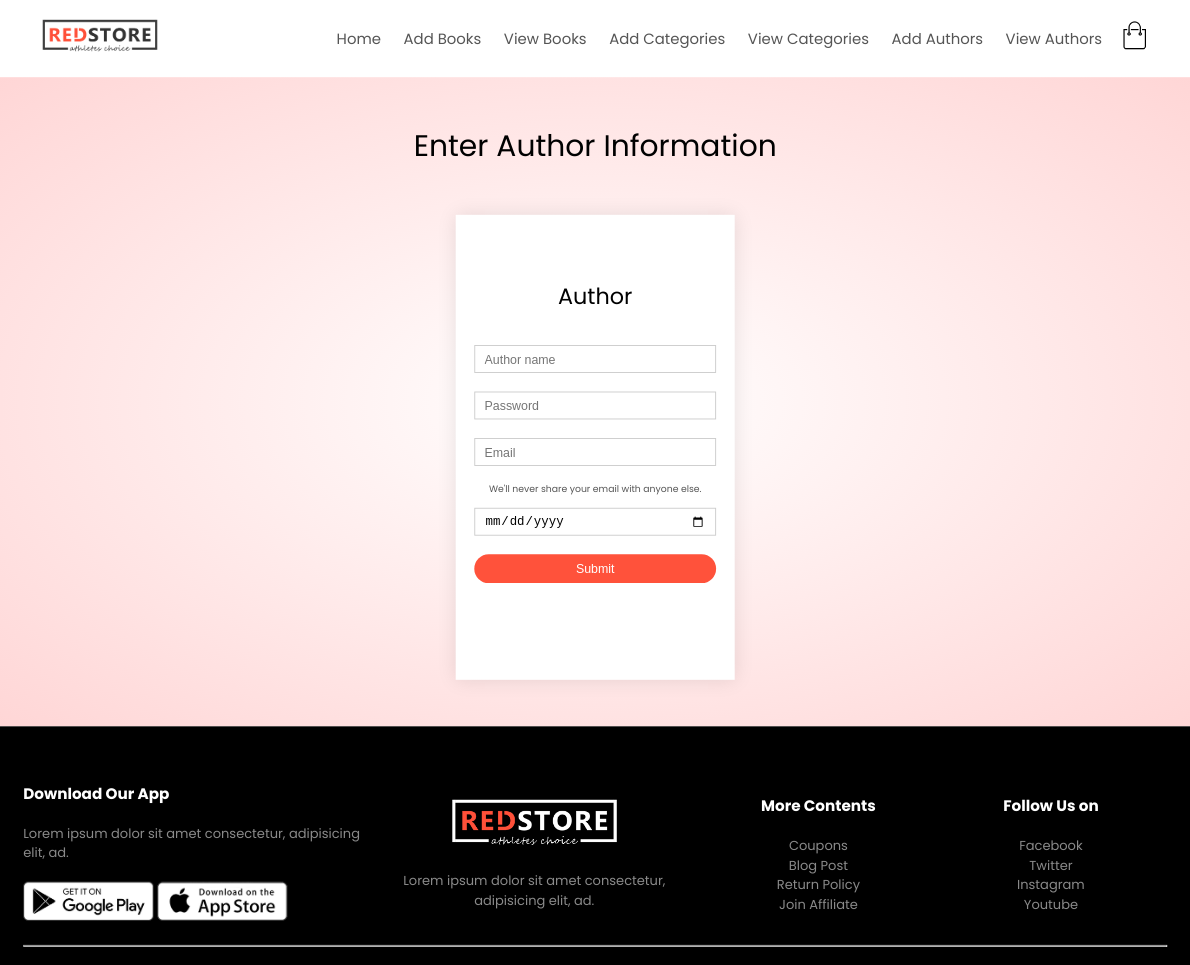
Repository: Uncaught-TypeError/Book-Store-System
Page: http://localhost/author
These files come from the project's save history. The page is drawn as it stood at one moment and after the next save; the edit follows.
The browser window is 1280 px wide. The pictures show the whole page, at 93% of full size.
Some web libraries are served in a nearby version. The page is this project's Thymeleaf template; nobody is signed in. The template is opened directly, without the code that normally fills it, so the values that code supplies are empty.

Above is the page before, as saved 2022-12-30 11:09:38.

### Thymeleaf_Projects_Book_Store/src/main/resources/templates/author.html
<!DOCTYPE html>
<html lang="en" xmlns:th="http://www.thymeleaf.org">
<head>
    <meta charset="UTF-8">
    <meta http-equiv="X-UA-Compatible" content="IE=edge">
    <meta name="viewport" content="width=device-width, initial-scale=1.0">
    <link rel="preconnect" href="https://fonts.googleapis.com">
    <link rel="preconnect" href="https://fonts.gstatic.com" crossorigin>
    <link href="https://fonts.googleapis.com/css2?family=Poppins:wght@300;400;500;600;700&display=swap" rel="stylesheet">
    <script src="https://kit.fontawesome.com/a96c5020c6.js" crossorigin="anonymous"></script>
    <link rel="stylesheet" href="../style.css">
    <title>Author Page</title>
</head>
<body>
    <div class="container">
        <div class="navbar">
            <div class="logo">
                <a th:href="@{/homepage}"><img src="../images/logo.png" width="125px"></a>
            </div>
            <nav>
                <ul id="MenuItems">
                    <li><a th:href="@{/homepage}">Home</a></li>
                    <li><a th:href="@{/bookform}">Add Books</a></li>
                    <li><a th:href="@{/books}">View Books</a></li>
                    <li><a th:href="@{/categoryform}">Add Categories</a></li>
                    <li><a th:href="@{/categorytable}">View Categories</a></li>
                    <li><a th:href="@{/authorsform}">Add Authors</a></li>
                    <li><a th:href="@{/authortable}">View Authors</a></li>
                </ul>
            </nav>
            <a href=""><img src="../images/cart.png" width="30px" height="30px"></a>
            <img src="../images/menu.png" class="menu-icon" onclick="menutoggle()">
        </div>
    </div>

    <!-- feature products -->

    <div class="small-container2">
        <div class="row">
            <h1>Enter Author Information</h1>
        </div>
        <div class="row">
            <div class="form-container2">
                <h2>Author</h2>
                <form th:action="@{/authorSave}" method="post" th:object="${author}">
                    <input type="text" placeholder="Author name" th:field="*{name}">
                    <input type="password" placeholder="Password" th:field="*{password}">
                    <input type="email" placeholder="Email" th:field="*{email}">
                    <small class="smalltext">We'll never share your email with anyone else.</small>
                    <input type="date" placeholder="Date of Birth" th:field="*{dateBirth}">
                    <button type="submit" class="btn">Submit</button>
                </form>
            </div>
        </div>
    </div>

    <div class="footer">
        <div class="container">
            <div class="row">
                <div class="footer-col-1">
                    <h3>Download Our App</h3>
                    <p>Lorem ipsum dolor sit amet consectetur, adipisicing elit, ad.</p>
                    <div class="app-logo">
                        <img src="images/play-store.png">
                        <img src="images/app-store.png">
                    </div>
                </div>
                <div class="footer-col-2">
                    <img src="images/logo-white.png">
                    <p>Lorem ipsum dolor sit amet consectetur, adipisicing elit, ad.</p>
                </div>
                <div class="footer-col-3">
                    <h3>More Contents</h3>
                    <ul>
                        <li>Coupons</li>
                        <li>Blog Post</li>
                        <li>Return Policy</li>
                        <li>Join Affiliate</li>
                    </ul>
                </div>
                <div class="footer-col-4">
                    <h3>Follow Us on</h3>
                    <ul>
                        <li>Facebook</li>
                        <li>Twitter</li>
                        <li>Instagram</li>
                        <li>Youtube</li>
                    </ul>
                </div>
            </div>
            <hr>
        </div>
    </div>

    <!-- JavaScript -->
    <script>
        var MenuItems = document.getElementById("MenuItems");
        MenuItems.style.maxHeight = "0px";

        function menutoggle(){
            if(MenuItems.style.maxHeight == "0px"){
                MenuItems.style.maxHeight = "300px";
            }
            else{
                MenuItems.style.maxHeight = "0px";
            }
        }

    </script>

</body>
</html>

### Thymeleaf_Projects_Book_Store/src/main/resources/static/style.css
*{
    margin: 0;
    padding: 0;
    box-sizing: border-box;
}

body{
    font-family: 'Poppins', sans-serif;
}

/* homepage */

.navbar{
    display: flex;
    align-items: center;
    padding: 20px;
}

nav{
    flex: 1;
    text-align: right;

    cursor: pointer;
}

nav ul{
    display: inline-block;
    list-style-type: none;
}

nav ul li{
    display: inline;
    margin-right: 20px;
}

.dropdown1{
    float: left;
    overflow: hidden;
}

.dropdown-content1{
    display: none;
    position: absolute;
    background-color: #fde9e9;
    min-width: 160px;
    box-shadow: 0px 8px 16px 0px rgba(0,0,0,0.2);
    z-index: 1;
}

.dropdown-content1 a{
    float: none;
    color: #555;
    padding: 12px 16px;
    margin: 10px;
    text-decoration: none;
    display: block;
    text-align: left;
}

.dropdown-content1 a:hover {
    background-color: rgb(248, 222, 222);
}

.dropdown1:hover .dropdown-content1 {
    display: block;
}

a{
    text-decoration: none;
    color: #555;
}

p{
    color: #555;
}

.container{
    max-width: 1300px;
    margin: auto;
    padding-left: 25px;
    padding-right: 25px;
}

.row{
    display: flex;
    align-items: center;
    flex-wrap: wrap;
    justify-content: space-around;
}

.col-2{
    flex-basis: 50%;
    min-width: 300px;
}

.col-2 img{
    max-width: 100%;
    padding: 50px 0;
}

.col-2 h1{
    font-size: 50px;
    line-height: 60px;
    margin: 25px 0;
}

.btn{
    display: inline-block;
    background: #ff523b;
    color: #fff;
    padding: 8px 30px;
    margin: 30px 0;
    border-radius: 30px;
    transition: background 0.5s;
}

.btn:hover{
    background: #563434;
}

.header{
    background: radial-gradient(#fff, #ffd6d6);
}

.header .row{
    margin-top: 70px;
}

.categories{
    margin: 70px 0;
}

.col-3{
    flex-basis: 30%;
    min-width: 250px;
    margin-bottom: 30px;
}

.col-3 img{
    width: 100%;
}

.small-container{
    max-width: 1080px;
    margin: auto;
    padding-left: 25px;
    padding-right: 25px;
}

.col-4{
    flex-basis: 25%;
    padding: 10px;
    min-width: 200px;
    margin-bottom: 50px;
    transition: transform 0.5s;
}

.col-4 img{
    width: 100%;
}

.title{
    text-align: center;
    margin: 0 auto 80px;
    position: relative;
    line-height: 60px;
    color: #555;
}

.title::after{
    content: "";
    background: #ff523b;
    width: 80px;
    height: 5px;
    border-radius: 5px;
    position: absolute;
    bottom: 0;
    left: 50%;
    transform: translateX(-50%);
}

h4{
    color: #555;
    font-weight: normal;
}

.col-4 p{
    font-size: 14px;
}

.rating .fa-star{
    color: #ff523b;
}

.col-4:hover{
    transform: translateY(-5px);
}

.offer{
    background: radial-gradient(#fff, #ffd6d6);
    margin-top: 80px;
    padding: 30px 0;
}

.col-2 .offer-img{
    padding: 50px;
}

small{
    color: #555;
}

.testimonial{
    padding-top: 100px;
}

.testimonial .col-3{
    text-align: center;
    padding: 40px 20px;
    box-shadow: 0 0 20px 0px rgba(0, 0, 0, 0.1);
    cursor: pointer;
    transition: transform 0.5s;
}

.testimonial .col-3 img{
    width: 50px;
    margin-top: 20px;
    border-radius: 50%;
}

.testimonial .col-3:hover{
    transform: translateY(-10px);
}

.fa-quote-left{
    font-size: 34px;
    color: #ff523b;
}

.col-3 p{
    font-size: 12px;
    margin: 12px 0;
    color: #777;
}

.testimonial .col-3 h3{
    font-weight: 600;
    color: #555;
    font-size: 16px;
}

.brands{
    margin: 100px auto;
}

.col-5{
    width: 30px;
}

.col-5 img{
    width: 100%;
    cursor: pointer;
    filter: grayscale(100%);
}

.col-5 img:hover{
    filter: grayscale(0);
}

/* footer */

.footer{
    background: #000;
    color: #8a8a8a;
    font-size: 14px;
    padding: 60px 0 20px;
}

.footer p{
    color: #8a8a8a;
}

.footer h3{
    color: #fff;
    margin-bottom: 20px;
}

.footer-col-1,
.footer-col-2,
.footer-col-3,
.footer-col-4{
    min-width: 250px;
    margin-bottom: 20px;
}

.footer-col-1{
    flex-basis: 30%;
}

.footer-col-2{
    flex: 1;
    text-align: center;
}

.footer-col-2 img{
    width: 180px;
    margin-bottom: 20px;
}

.footer-col-3,
.footer-col-4{
    flex-basis: 12%;
    text-align: center;
}

ul{
    list-style: none;
}

.app-logo{
    margin-top: 20px;
}

.app-logo img{
    width: 140px;
}

.footer h2{
    border: none;
    background: #b5b5b5;
    height: 1px;
    margin: 20px 0;
}

.menu-icon{
    width: 28px;
    margin-left: 20px;
    display: none;
}

/* Product Page */

.row-2{
    justify-content: space-between;
    margin: 100px auto 50px;
}

datalist{
    border: 1px solid #ff523b;
    padding: 5px;
}

datalist:hover{
    outline: none;
}

/* .page-btn{
    margin: 0 auto 80px;
}

.page-btn span{
    display: inline-block;
    border: 1px solid #ff523b;
    margin-left: 10px;
    width: 40px;
    height: 40px;
    text-align: center;
    line-height: 40px;
    cursor: pointer;
}

.page-btn span:hover{
    background: #ff523b;
    color: #fff;
} */

/* Single Product Details */

.single-product{
    margin-top: 80px;
}

.single-product .col-2 img{
    padding: 0;
}

.single-product .col-2{
    padding: 20px;
}

.single-product h4{
    margin: 20px 0;
    font-size: 22px;
    font-weight: bold;
}
.single-product select{
    display: block;
    padding: 10px;
    margin-top: 20px;
}

.single-product input{
    width: 50px;
    height: 40px;
    padding-left: 10px;
    font-size: 20px;
    margin-right: 10px;
    border: 1px solid #ff523b;
}

input:focus{
    outline: none;
}

.single-product .fa-indent{
    color: #ff523b;
    margin-left: 10px;
}

.small-img-row{
    display: flex;
    justify-content: space-between;
}

.small-img-col{
    flex-basis: 24%;
    cursor: pointer;
}

/* Cart items */

.cart-page{
    margin: 80px auto;
}

.cart-table{
    width: 100%;
    border-collapse: collapse;
}

.cart-info{
    display: flex;
    flex-wrap: wrap;
}

.cart-table th{
    text-align: left;
    padding: 5px;
    color: #fff;
    background: #ff523b;
    font-weight: normal;
}

.cart-table td{
    padding: 10px 5px;
}

.cart-table td input{
    width: 40px;
    height: 30px;
    padding: 5px;
}

.cart-table td a{
    color: #ff523b;
    font-size: 12px;
}

.cart-table td img{
    width: 80px;
    height: 80px;
    margin-right: 10px;
}

.total-price{
    display: flex;
    justify-content: flex-end;
}

.total-price table{
    border-top: 3px solid #ff523b;
    width: 100%;
    max-width: 400px;
}

.cart-table td:last-child{
    text-align: right;
}

.cart-table th:last-child{
    text-align: right;
}


/* account-page */

.account-page{
    padding: 50px 0;
    background: radial-gradient(#fff, #ffd6d6);
}

.form-container{
    background: #fff;
    width: 300px;
    height: 400px;
    position: relative;
    text-align: center;
    padding: 20px 0;
    margin: auto;
    box-shadow: 0 0 20px 0px rgba(0, 0, 0, 0.1);
    overflow: hidden;
}

.form-container span{
    font-weight: bold;
    padding: 0 10px;
    color: #555;
    cursor: pointer;
    width: 100px;
    display: inline-block;
}

.form-container .logintitle{
    position: relative;
    text-align: center;
    padding: 20px 0;
    margin: auto;
    overflow: hidden;
    font-size:  20px;
}

.form-btn{
    display: inline-block;
}

.form-container .regform{
    max-width: 300px;
    padding: 0 20px;
    position: absolute;
    top: 90px;
    transition: transform 1s;
}

.form-container .loginform{
    max-width: 300px;
    padding: 0 20px;
    position: absolute;
    top: 90px;
    transition: transform 1s;
}

.form-container form{
    max-width: 300px;
    padding: 0 20px;
    position: absolute;
    top: 150px;
    transition: transform 1s;
}

form input{
    width: 100%;
    height: 30px;
    margin: 10px 0;
    padding: 0 10px;
    border: 1px solid #ccc;
}

.radio-form{
    display: inline-block;
    font-size: 15px;
    font-weight: normal;
}

input[type=radio] {
    border: 0px;
    width: 100%;
    height: 1.8em;
}

form .btn{
    width: 100%;
    border: none;
    cursor: pointer;
    margin: 10px 0;
}

form .btn:focus{
    outline: none;
}

#LoginForm{
    left: -300px;
}

#RegForm{
    left: 0;
}

form a{
    font-size: 12px;
}

#Indicator{
    width: 100px;
    border: none;
    background: #ff523b;
    height: 3px;
    margin-top: 8px;
    transform: translateX(100px);
    transition: transform 1s;
}

/* Author page */

.table-container2{
    width: 100%;
    position: relative;
    text-align: center;
    padding: 20px 0;
    margin-bottom: 192px;
}

.searchform{
    width: 500px;
    margin: auto;
    padding: 20px 25px;
}

.searchform input{
    width: 200px;
    height: 30px;
    margin: 10px 0;
    padding: 0 10px;
    border: 1px solid #ccc;
}

.search-btn{
    display: inline-block;
    background: #ff523b;
    color: #fff;
    padding: 5px 30px;
    margin: 0 30px;
    border-radius: 30px;
    transition: background 0.5s;
    border-style: none;
}

.search-btn:hover{
    background: #563434;
}

.author-table th{
    font-weight: normal;
    font-size: 1.2em;
}
.author-table{
    font-weight: normal;
    width: 90%;
    margin: auto;
    table-layout: fixed;
}

.author-table td{
	word-wrap:break-word;

}

.author-table a{
    cursor: pointer;
}

.btn-text{
    color: white;
}

.small-container2{
    max-width: 100%;
    margin: auto;
    padding-left: 25px;
    padding-right: 25px;
    background: radial-gradient(#fff, #ffd6d6);
}

.small-container2 .row h1{
    padding: 50px;
    font-weight: normal;
}

.form-container2 h2{
    font-weight: normal;
    padding-top: 50px;
}

.form-container2{
    background: #fff;
    width: 300px;
    height: 500px;
    position: relative;
    text-align: center;
    padding: 20px 0;
    margin-bottom: 50px;
    box-shadow: 0 0 20px 0px rgba(0, 0, 0, 0.1);
    overflow: hidden;
}

.form-container2 form{
    max-width: 300px;
    padding: 0 20px;
    position: absolute;
    top: 130px;
    transition: transform 1s;
}

.smalltext{
    font-size: 10px;
}

.select-form{
    width: 100%;
    height: 30px;
    margin: 10px 0;
    padding: 0 10px;
    border: 1px solid #ccc;
}

/* Book Page */

.form-container3 h2{
    font-weight: normal;
    padding-top: 50px;
}

.form-container3{
    background: #fff;
    width: 300px;
    height: 650px;
    position: relative;
    text-align: center;
    padding: 20px 0;
    margin-bottom: 50px;
    box-shadow: 0 0 20px 0px rgba(0, 0, 0, 0.1);
    overflow: hidden;
}

.form-container3 form{
    max-width: 300px;
    padding: 0 20px;
    position: absolute;
    top: 130px;
    transition: transform 1s;
}

/* Category */

.form-container4 h2{
    font-weight: normal;
    padding-top: 50px;
}

.form-container4{
    background: #fff;
    width: 300px;
    height: 300px;
    position: relative;
    text-align: center;
    padding: 20px 0;
    margin-bottom: 112px;
    box-shadow: 0 0 20px 0px rgba(0, 0, 0, 0.1);
    overflow: hidden;
}

.form-container4 form{
    max-width: 300px;
    padding: 0 20px;
    position: absolute;
    top: 130px;
    transition: transform 1s;
}

.listdetail{
    font-weight: normal;
    width: 200px;
    margin: auto;
}


.insideli{
    font: 1em;
}
.outsideli{
    font: 1.3em;
}

.successh1{
    padding: 50px auto;
    font-weight: bold;
    margin: 206px;
}


/* Responsive */

@media only screen and (max-width: 800px){
    nav ul{
        position: absolute;
        top: 70px;
        left: 0;
        background: #333;
        width: 100%;
        overflow: hidden;
        transition: max-height 0.7s;
    }

    nav ul li{
        display: block;
        margin-right: 50px;
        margin-top: 10px;
        margin-bottom: 10px;
    }

    nav ul li a{
        color: #fff;
    }

    .menu-icon{
        display: block;
        cursor: pointer;
    }
}

/* media query for less than 600 screen size */

@media only screen and (max-width: 600px){
    .row{
        text-align: center;
    }
    .col-2,
    .col-3,
    .col-4{
        flex-basis: 100%;
    }
    .single-product .row{
        text-align: left;
    }
    .single-product .col-2{
        padding: 20px 0;
    }
    .single-product h1{
        font-size: 26px;
        line-height: 32px;
    }

    .cart-info p{
        display: none;
    }
}

After the next save:
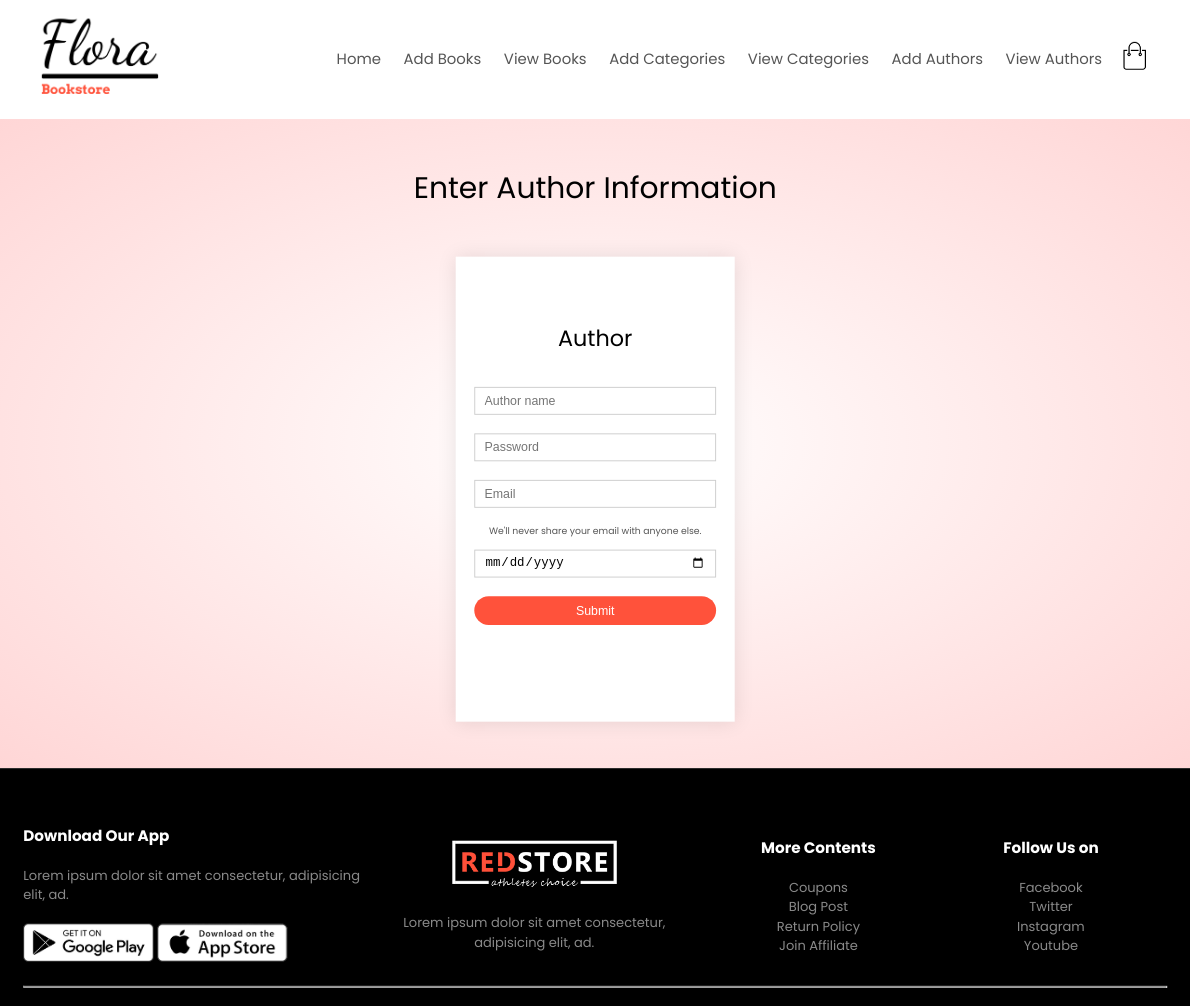
Saved 96 s later.
--- a/Thymeleaf_Projects_Book_Store/src/main/resources/templates/author.html
+++ b/Thymeleaf_Projects_Book_Store/src/main/resources/templates/author.html
@@ -15,7 +15,7 @@
     <div class="container">
         <div class="navbar">
             <div class="logo">
-                <a th:href="@{/homepage}"><img src="../images/logo.png" width="125px"></a>
+                <a th:href="@{/homepage}"><img src="../images/flora1.png" width="125px"></a>
             </div>
             <nav>
                 <ul id="MenuItems">
